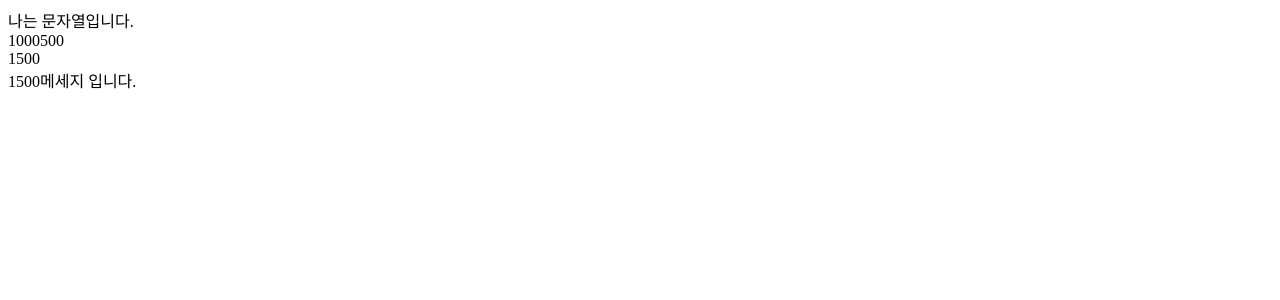
Repository: mjh1583/Hustar03_eGov
Page: http://localhost/JavaScript/js001.jsp
An editor plug-in stored every save of this project. The page is shown before and after the next save, followed by the edit.
The browser window is 1280 px wide. The pictures show the whole page.
The page is served by Tomcat 9.

Above is the page before, as saved 2021-05-06 03:11:02.

After the next save:
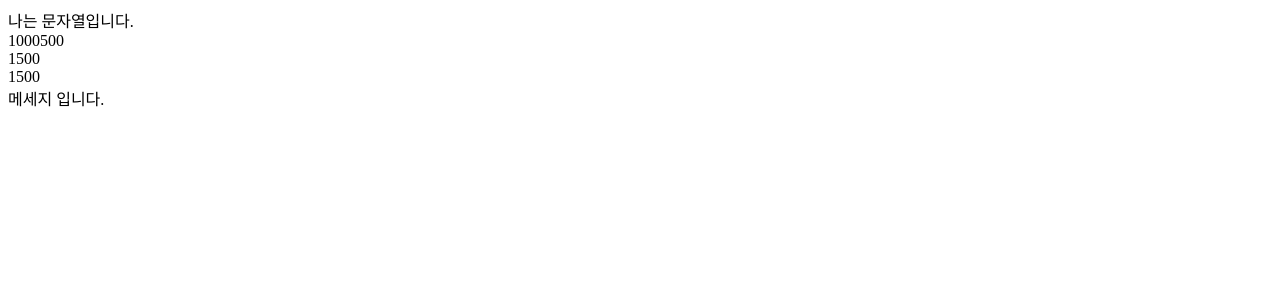
Saved 11 s later.
--- a/workspace/JavaScript/src/main/webapp/js001.jsp
+++ b/workspace/JavaScript/src/main/webapp/js001.jsp
@@ -37,6 +37,7 @@
 		console.log(arr1);
 
 		function fn_message() {
+			document.write("<br/>");
 			document.write("메세지 입니다.");
 		}
 
